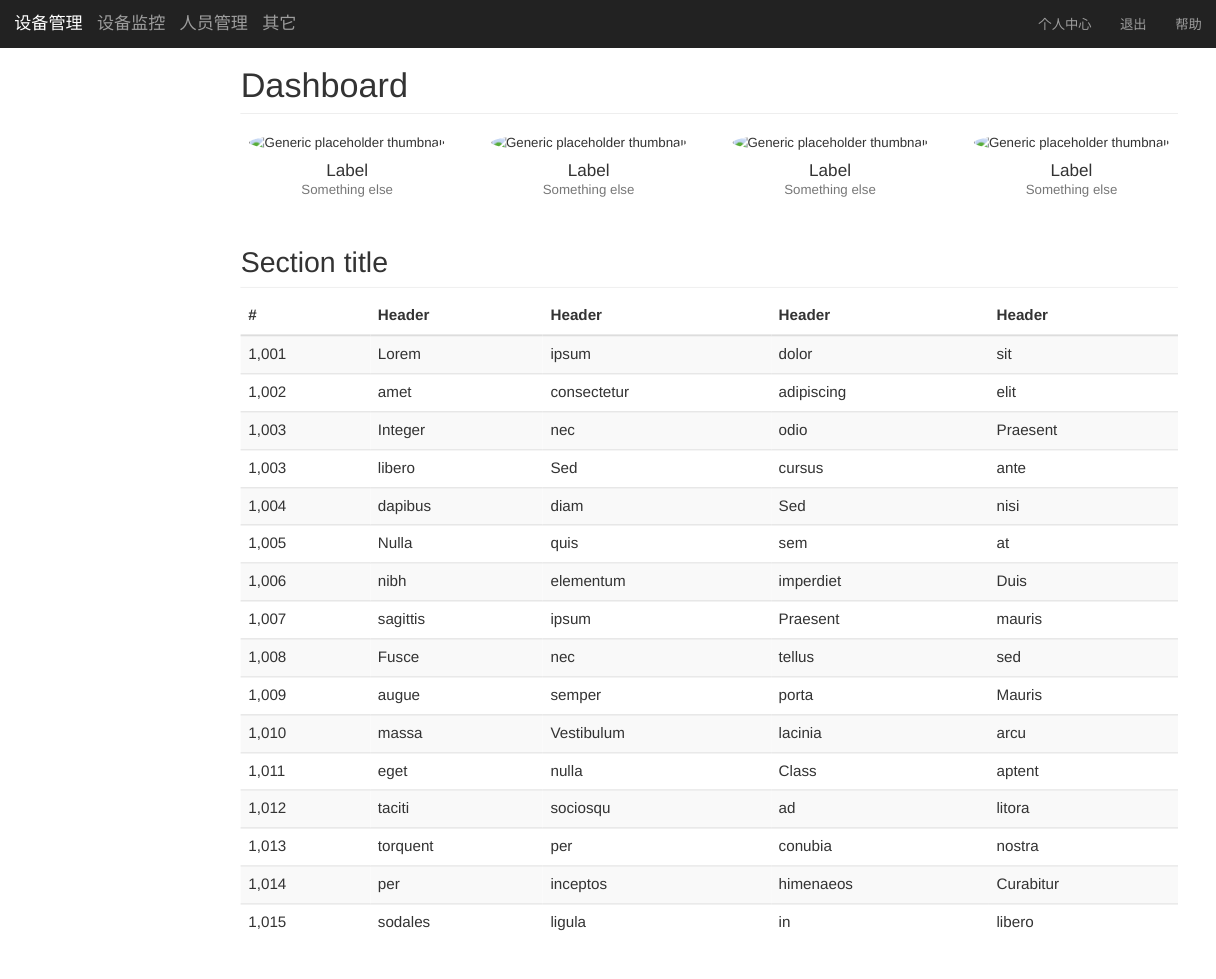
Repository: FanHuaRan/ShoeStoreSystem
Page: http://localhost/ShoeStore/View/test.jsp
These files come from the project's save history. The page is drawn as it stood at one moment and after the next save; the edit follows.
The browser window is 1280 px wide. The pictures show the whole page, at 95% of full size.
The page is served by Tomcat 9. Nobody is signed in. The application's start-up code is not run. Other server files are loaded and not shown.

Above is the page before, as saved 2017-02-06 11:46:07.

### Web/Spring/ShoeStore/WebRoot/View/test.jsp
<%@ page language="java" import="java.util.*" pageEncoding="UTF-8"%>


<!DOCTYPE HTML PUBLIC "-//W3C//DTD HTML 4.01 Transitional//EN">
<html>
  <head>

    <title>My JSP 'index.jsp' starting page</title>

	<meta http-equiv="pragma" content="no-cache">
	<meta http-equiv="cache-control" content="no-cache">
	<meta http-equiv="expires" content="0">
	<meta http-equiv="keywords" content="keyword1,keyword2,keyword3">
	<meta http-equiv="description" content="This is my page">

	 <!-- Bootstrap core CSS -->
    <link href="./css/bootstrap.min.css" rel="stylesheet">
    <!-- Custom styles for this template -->
    <link href="./css/dashboard.css" rel="stylesheet">

  </head>

  <body>
   <nav class="navbar navbar-inverse navbar-fixed-top" role="navigation">
      <div class="container-fluid">

        <div class="navbar-header">
          <button type="button" class="navbar-toggle collapsed" data-toggle="collapse" data-target="#navbar" aria-expanded="false" aria-controls="navbar">
            <span class="sr-only">Toggle navigation</span>
            <span class="icon-bar"></span>
            <span class="icon-bar"></span>
            <span class="icon-bar"></span>
          </button>
          <a class="navbar-brand" href="devicemanage">设备管理</a>
        </div>

         <div class="navbar-header">
          <button type="button" class="navbar-toggle collapsed" data-toggle="collapse" data-target="#navbar" aria-expanded="false" aria-controls="navbar">
            <span class="sr-only">Toggle navigation</span>
            <span class="icon-bar"></span>
            <span class="icon-bar"></span>
            <span class="icon-bar"></span>
          </button>
          <a class="navbar-brand" href="devicemonitor">设备监控</a>
        </div>

          <div class="navbar-header">
          <button type="button" class="navbar-toggle collapsed" data-toggle="collapse" data-target="#navbar" aria-expanded="false" aria-controls="navbar">
            <span class="sr-only">Toggle navigation</span>
            <span class="icon-bar"></span>
            <span class="icon-bar"></span>
            <span class="icon-bar"></span>
          </button>
          <a class="navbar-brand" href="personmanage">人员管理</a>
        </div>

          <div class="navbar-header">
          <button type="button" class="navbar-toggle collapsed" data-toggle="collapse" data-target="#navbar" aria-expanded="false" aria-controls="navbar">
            <span class="sr-only">Toggle navigation</span>
            <span class="icon-bar"></span>
            <span class="icon-bar"></span>
            <span class="icon-bar"></span>
          </button>
          <a class="navbar-brand" href="/other">其它</a>
        </div>


        <div id="navbar" class="navbar-collapse collapse">
          <ul class="nav navbar-nav navbar-right">
          	<li><a href="personalcenter">个人中心</a></li>
            <li><a href="exit">退出</a></li>
            <li><a href="help">帮助</a></li>
          </ul>
        </div>
      </div>
    </nav>

    <div class="container-fluid">
      <div class="row">
        <div class="col-sm-9 col-sm-offset-3 col-md-10 col-md-offset-2 main">
          <h1 class="page-header">Dashboard</h1>

          <div class="row placeholders">
            <div class="col-xs-6 col-sm-3 placeholder">
              <img data-src="holder.js/200x200/auto/sky" class="img-responsive" alt="Generic placeholder thumbnail">
              <h4>Label</h4>
              <span class="text-muted">Something else</span>
            </div>
            <div class="col-xs-6 col-sm-3 placeholder">
              <img data-src="holder.js/200x200/auto/vine" class="img-responsive" alt="Generic placeholder thumbnail">
              <h4>Label</h4>
              <span class="text-muted">Something else</span>
            </div>
            <div class="col-xs-6 col-sm-3 placeholder">
              <img data-src="holder.js/200x200/auto/sky" class="img-responsive" alt="Generic placeholder thumbnail">
              <h4>Label</h4>
              <span class="text-muted">Something else</span>
            </div>
            <div class="col-xs-6 col-sm-3 placeholder">
              <img data-src="holder.js/200x200/auto/vine" class="img-responsive" alt="Generic placeholder thumbnail">
              <h4>Label</h4>
              <span class="text-muted">Something else</span>
            </div>
          </div>

          <h2 class="sub-header">Section title</h2>
          <div class="table-responsive">
            <table class="table table-striped">
              <thead>
                <tr>
                  <th>#</th>
                  <th>Header</th>
                  <th>Header</th>
                  <th>Header</th>
                  <th>Header</th>
                </tr>
              </thead>
              <tbody>
                <tr>
                  <td>1,001</td>
                  <td>Lorem</td>
                  <td>ipsum</td>
                  <td>dolor</td>
                  <td>sit</td>
                </tr>
                <tr>
                  <td>1,002</td>
                  <td>amet</td>
                  <td>consectetur</td>
                  <td>adipiscing</td>
                  <td>elit</td>
                </tr>
                <tr>
                  <td>1,003</td>
                  <td>Integer</td>
                  <td>nec</td>
                  <td>odio</td>
                  <td>Praesent</td>
                </tr>
                <tr>
                  <td>1,003</td>
                  <td>libero</td>
                  <td>Sed</td>
                  <td>cursus</td>
                  <td>ante</td>
                </tr>
                <tr>
                  <td>1,004</td>
                  <td>dapibus</td>
                  <td>diam</td>
                  <td>Sed</td>
                  <td>nisi</td>
                </tr>
                <tr>
                  <td>1,005</td>
                  <td>Nulla</td>
                  <td>quis</td>
                  <td>sem</td>
                  <td>at</td>
                </tr>
                <tr>
                  <td>1,006</td>
                  <td>nibh</td>
                  <td>elementum</td>
                  <td>imperdiet</td>
                  <td>Duis</td>
                </tr>
                <tr>
                  <td>1,007</td>
                  <td>sagittis</td>
                  <td>ipsum</td>
                  <td>Praesent</td>
                  <td>mauris</td>
                </tr>
                <tr>
                  <td>1,008</td>
                  <td>Fusce</td>
                  <td>nec</td>
                  <td>tellus</td>
                  <td>sed</td>
                </tr>
                <tr>
                  <td>1,009</td>
                  <td>augue</td>
                  <td>semper</td>
                  <td>porta</td>
                  <td>Mauris</td>
                </tr>
                <tr>
                  <td>1,010</td>
                  <td>massa</td>
                  <td>Vestibulum</td>
                  <td>lacinia</td>
                  <td>arcu</td>
                </tr>
                <tr>
                  <td>1,011</td>
                  <td>eget</td>
                  <td>nulla</td>
                  <td>Class</td>
                  <td>aptent</td>
                </tr>
                <tr>
                  <td>1,012</td>
                  <td>taciti</td>
                  <td>sociosqu</td>
                  <td>ad</td>
                  <td>litora</td>
                </tr>
                <tr>
                  <td>1,013</td>
                  <td>torquent</td>
                  <td>per</td>
                  <td>conubia</td>
                  <td>nostra</td>
                </tr>
                <tr>
                  <td>1,014</td>
                  <td>per</td>
                  <td>inceptos</td>
                  <td>himenaeos</td>
                  <td>Curabitur</td>
                </tr>
                <tr>
                  <td>1,015</td>
                  <td>sodales</td>
                  <td>ligula</td>
                  <td>in</td>
                  <td>libero</td>
                </tr>
              </tbody>
            </table>
          </div>
        </div>
      </div>
    </div>
     <!-- Placed at the end of the document so the pages load faster -->
    <script src="./js/jquery-2.2.1.min.js"></script>
    <script src="./js/bootstrap.min.js"></script>
  </body>
</html>

### Web/Spring/ShoeStore/WebRoot/css/dashboard.css
/*
 * Base structure
 */

/* Move down content because we have a fixed navbar that is 50px tall */
body {
  padding-top: 50px;
}


/*
 * Global add-ons
 */

.sub-header {
  padding-bottom: 10px;
  border-bottom: 1px solid #eee;
}

/*
 * Top navigation
 * Hide default border to remove 1px line.
 */
.navbar-fixed-top {
  border: 0;
}

/*
 * Sidebar
 */

/* Hide for mobile, show later */
.sidebar {
  display: none;
}
@media (min-width: 768px) {
  .sidebar {
    position: fixed;
    top: 51px;
    bottom: 0;
    left: 0;
    z-index: 1000;
    display: block;
    padding: 20px;
    overflow-x: hidden;
    overflow-y: auto; /* Scrollable contents if viewport is shorter than content. */
    background-color: #f5f5f5;
    border-right: 1px solid #eee;
  }
}

/* Sidebar navigation */
.nav-sidebar {
  margin-right: -21px; /* 20px padding + 1px border */
  margin-bottom: 20px;
  margin-left: -20px;
}
.nav-sidebar > li > a {
  padding-right: 20px;
  padding-left: 20px;
}
.nav-sidebar > .active > a,
.nav-sidebar > .active > a:hover,
.nav-sidebar > .active > a:focus {
  color: #fff;
  background-color: #428bca;
}


/*
 * Main content
 */

.main {
  padding: 20px;
}
@media (min-width: 768px) {
  .main {
    padding-right: 40px;
    padding-left: 40px;
  }
}
.main .page-header {
  margin-top: 0;
}


/*
 * Placeholder dashboard ideas
 */

.placeholders {
  margin-bottom: 30px;
  text-align: center;
}
.placeholders h4 {
  margin-bottom: 0;
}
.placeholder {
  margin-bottom: 20px;
}
.placeholder img {
  display: inline-block;
  border-radius: 50%;
}

Loaded but not shown: Web/Spring/ShoeStore/WebRoot/css/bootstrap.min.css (library); Web/Spring/ShoeStore/WebRoot/js/jquery-2.2.1.min.js (library); Web/Spring/ShoeStore/WebRoot/js/bootstrap.min.js (library)

After the next save:
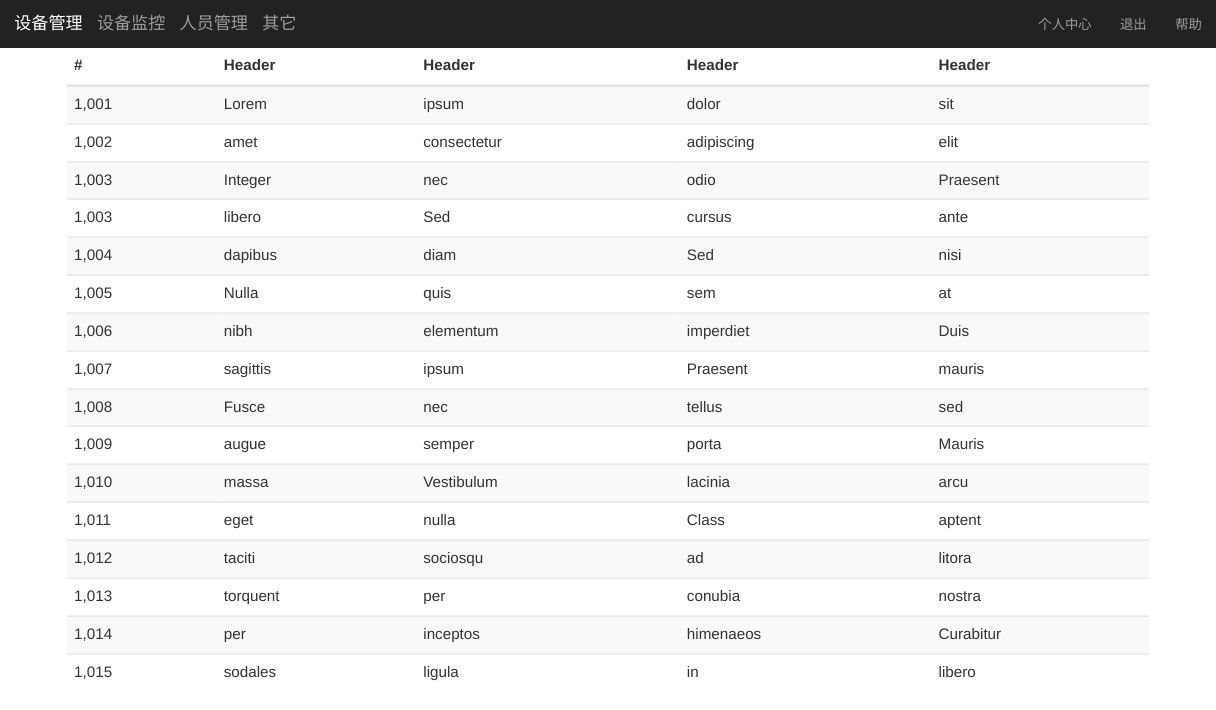
Saved 3 min 37 s later.
--- a/Web/Spring/ShoeStore/WebRoot/View/test.jsp
+++ b/Web/Spring/ShoeStore/WebRoot/View/test.jsp
@@ -74,36 +74,7 @@
         </div>
       </div>
     </nav>
-
-    <div class="container-fluid">
-      <div class="row">
-        <div class="col-sm-9 col-sm-offset-3 col-md-10 col-md-offset-2 main">
-          <h1 class="page-header">Dashboard</h1>
-
-          <div class="row placeholders">
-            <div class="col-xs-6 col-sm-3 placeholder">
-              <img data-src="holder.js/200x200/auto/sky" class="img-responsive" alt="Generic placeholder thumbnail">
-              <h4>Label</h4>
-              <span class="text-muted">Something else</span>
-            </div>
-            <div class="col-xs-6 col-sm-3 placeholder">
-              <img data-src="holder.js/200x200/auto/vine" class="img-responsive" alt="Generic placeholder thumbnail">
-              <h4>Label</h4>
-              <span class="text-muted">Something else</span>
-            </div>
-            <div class="col-xs-6 col-sm-3 placeholder">
-              <img data-src="holder.js/200x200/auto/sky" class="img-responsive" alt="Generic placeholder thumbnail">
-              <h4>Label</h4>
-              <span class="text-muted">Something else</span>
-            </div>
-            <div class="col-xs-6 col-sm-3 placeholder">
-              <img data-src="holder.js/200x200/auto/vine" class="img-responsive" alt="Generic placeholder thumbnail">
-              <h4>Label</h4>
-              <span class="text-muted">Something else</span>
-            </div>
-          </div>
-
-          <h2 class="sub-header">Section title</h2>
+	<div class="container">
           <div class="table-responsive">
             <table class="table table-striped">
               <thead>
